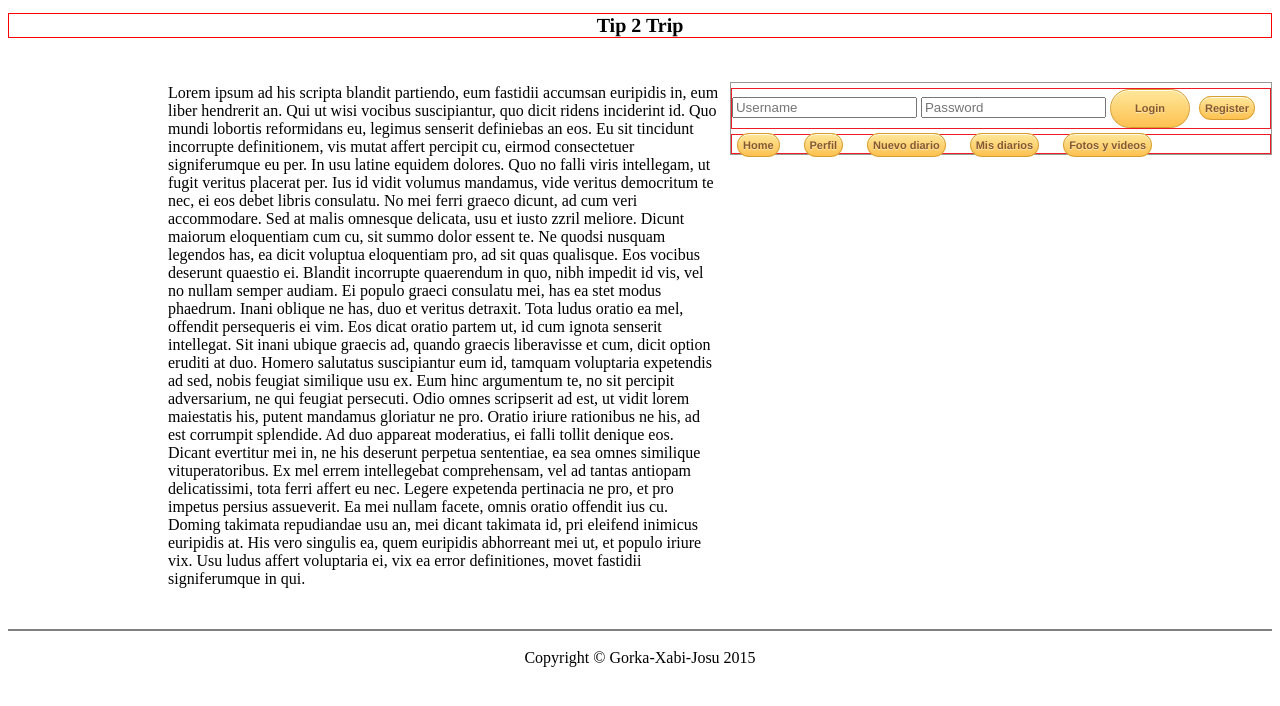
Repository: Deathdance/proyectoviajes
Page: routes/info.html
The author's editor kept a record of every edit. The page is drawn from the files as they stood at one moment, then again after the next edit.
The browser window is 1280 px wide. The pictures show the whole page.

Above is the page before.

### routes/info.html
<!doctype html>
<html lang="es">
	<head>
		<meta charset="utf-8" />
		<title>Diario de viajes</title>
			<link href="../css/main.css" rel="stylesheet" type="text/css">
	</head>
<body>
	<header id="top_header">
			<h1>Tip 2 Trip</h1>
			<!-- <img id="imgcabecera" src="../images/hanged-bridge-in-the-jungle-wide.jpg" /> -->
			<section class="menu">
					<div class="submenu">
						<span>
		                	<input type="text" placeholder="Username" required="" id="username" name="username"/>
		            	</span>
		            	<span>
		            		<input type="password" placeholder="Password" required="" id="password" name="password"/>
		            	</span>
						<span>
							<input id="log" type="submit" class="btn" value="Login" />
						</span>
						<span><a class="btn"  href="registro.html" target="_self">Register</a></span>
					</div>
					<div class="submenu2">
							<span><a class="btn" href="info.html" target="_self">Home</a></span>
							<span><a class="btn" href="perfil.html" target="_self">Perfil</a></span>
							<span><a class="btn" href="info.html" target="_self">Nuevo diario</a></span>
							<span><a class="btn" href="info.html" target="_self">Mis diarios</a></span>
							<span><a class="btn" href="fotosvideos.html" target="_self">Fotos y videos</a></span>
					</div>
			</section>
	</header>

			<section id="main_section">
				<div id="cuerpo">
					<p>Lorem ipsum ad his scripta blandit partiendo, eum fastidii accumsan euripidis in, eum liber hendrerit an. Qui ut wisi vocibus suscipiantur, quo dicit ridens inciderint id. Quo mundi lobortis reformidans eu, legimus senserit definiebas an eos. Eu sit tincidunt incorrupte definitionem, vis mutat affert percipit cu, eirmod consectetuer signiferumque eu per. In usu latine equidem dolores. Quo no falli viris intellegam, ut fugit veritus placerat per.

					Ius id vidit volumus mandamus, vide veritus democritum te nec, ei eos debet libris consulatu. No mei ferri graeco dicunt, ad cum veri accommodare. Sed at malis omnesque delicata, usu et iusto zzril meliore. Dicunt maiorum eloquentiam cum cu, sit summo dolor essent te. Ne quodsi nusquam legendos has, ea dicit voluptua eloquentiam pro, ad sit quas qualisque. Eos vocibus deserunt quaestio ei.

					Blandit incorrupte quaerendum in quo, nibh impedit id vis, vel no nullam semper audiam. Ei populo graeci consulatu mei, has ea stet modus phaedrum. Inani oblique ne has, duo et veritus detraxit. Tota ludus oratio ea mel, offendit persequeris ei vim. Eos dicat oratio partem ut, id cum ignota senserit intellegat. Sit inani ubique graecis ad, quando graecis liberavisse et cum, dicit option eruditi at duo. Homero salutatus suscipiantur eum id, tamquam voluptaria expetendis ad sed, nobis feugiat similique usu ex.

					Eum hinc argumentum te, no sit percipit adversarium, ne qui feugiat persecuti. Odio omnes scripserit ad est, ut vidit lorem maiestatis his, putent mandamus gloriatur ne pro. Oratio iriure rationibus ne his, ad est corrumpit splendide. Ad duo appareat moderatius, ei falli tollit denique eos. Dicant evertitur mei in, ne his deserunt perpetua sententiae, ea sea omnes similique vituperatoribus. Ex mel errem intellegebat comprehensam, vel ad tantas antiopam delicatissimi, tota ferri affert eu nec. Legere expetenda pertinacia ne pro, et pro impetus persius assueverit.

					Ea mei nullam facete, omnis oratio offendit ius cu. Doming takimata repudiandae usu an, mei dicant takimata id, pri eleifend inimicus euripidis at. His vero singulis ea, quem euripidis abhorreant mei ut, et populo iriure vix. Usu ludus affert voluptaria ei, vix ea error definitiones, movet fastidii signiferumque in qui.
					</p>




				</div>




			</section>

			<footer id="the_footer">
			<br>
			Copyright © Gorka-Xabi-Josu 2015
			</footer>
</body>
</html>

### css/main.css
h1{
	font: bold 20px Times;
	color: black;
	text-align: center;
	border:1px solid red;
}

#top_header{
	-webkit-box-flex:1;
	text-align: left;
	image-attachment: fixed;
}
#top_header a{
	margin-left: 5px;
	padding: 5px;
}
#top_header div{
		margin-top: 5px;
}
#imgcabecera{
	width:100%;
	height:200px;
	margin:0px;
	padding:0px;
	position: relative;
	top:0px;
 	left:0px;
}
.menu{
	border: 1px solid #999994;
	list-style:none;
	padding: 0px;
	margin-top: 30px;
	display:block;
	float:right;
}
.menu li{
	margin-bottom: 15px;
}
.menu a{
	margin-right: 15px;
	text-decoration: none;
	padding: 10px;
}
.logires{
	margin-top: 10px;
}
.submenu{
	text-align: center;
	border: 1px solid #ed1c24;
}
#log{
	width: 80px;
	height: 39px;
}
.submenu2{
	clear:both;
	list-style:none;
	border: 1px solid #ed1c24;
}
.mem{
	clear:both;
	display: box;
  box-orient: horizontal;
}

#cuerpo{
	margin-left: 160px;
	margin-right: 10px;
}

#main_section{
	margin-top: 30px;
	margin-left: -120px;
	display: -webkit-box;
	-webkit-box-orient: horizotal;
	-webkit-box-pack: left;
	-webkit-box-align: left;
}
#the_footer{
	clear: both;
	text-align: center;
	border-top: 2px solid grey;
	margin-top: 25px;
}

#cuerpo{
	display: left;
}
.formderecha{
	position: absolute;
	right: 430px;
	top: 225px;
}
.foto{
	position: absolute;
	right: 180px;
	top: 425px;
}
#imagenprofile{
	width: 60px;
	height: 100px;
	position: absolute;
	right: 35px;
	top: -120px;
}
.btn {
  background: rgb(254,231,154);
  background: -moz-linear-gradient(top,  rgba(254,231,154,1) 0%, rgba(254,193,81,1) 100%);
  background: -webkit-linear-gradient(top,  rgba(254,231,154,1) 0%,rgba(254,193,81,1) 100%);
  background: -o-linear-gradient(top,  rgba(254,231,154,1) 0%,rgba(254,193,81,1) 100%);
  background: -ms-linear-gradient(top,  rgba(254,231,154,1) 0%,rgba(254,193,81,1) 100%);
  background: linear-gradient(top,  rgba(254,231,154,1) 0%,rgba(254,193,81,1) 100%);
  filter: progid:DXImageTransform.Microsoft.gradient( startColorstr='#fee79a', endColorstr='#fec151',GradientType=0 );
  -webkit-border-radius: 30px;
  -moz-border-radius: 30px;
  -ms-border-radius: 30px;
  -o-border-radius: 30px;
  border-radius: 30px;
  -webkit-box-shadow: 0 1px 0 rgba(255,255,255,0.8) inset;
  -moz-box-shadow: 0 1px 0 rgba(255,255,255,0.8) inset;
  -ms-box-shadow: 0 1px 0 rgba(255,255,255,0.8) inset;
  -o-box-shadow: 0 1px 0 rgba(255,255,255,0.8) inset;
  box-shadow: 0 1px 0 rgba(255,255,255,0.8) inset;
  border: 1px solid #D69E31;
  color: #85592e;
  cursor: pointer;
  font: bold 11px Helvetica, Arial, sans-serif;
  position: relative;
  text-shadow: 0 1px 0 rgba(255,255,255,0.5);
}
.btn:hover {
	background: rgb(254,193,81);
  background: -moz-linear-gradient(top,  rgba(254,193,81,1) 0%, rgba(254,231,154,1) 100%);
  background: -webkit-linear-gradient(top,  rgba(254,193,81,1) 0%,rgba(254,231,154,1) 100%);
  background: -o-linear-gradient(top,  rgba(254,193,81,1) 0%,rgba(254,231,154,1) 100%);
  background: -ms-linear-gradient(top,  rgba(254,193,81,1) 0%,rgba(254,231,154,1) 100%);
  background: linear-gradient(top,  rgba(254,193,81,1) 0%,rgba(254,231,154,1) 100%);
  filter: progid:DXImageTransform.Microsoft.gradient( startColorstr='#fec151', endColorstr='#fee79a',GradientType=0 );
}
.btn2 {
  background:  rgb(200,152,50);
  background: -moz-linear-gradient(top,  rgba(200,152,50,1) 0%, rgba(200,130,154,1) 100%);
  background: -webkit-linear-gradient(top,  rgba(200,152,50,1) 0%, rgba(200,130,154,1) 100%);
  background: -o-linear-gradient(top,  rgba(200,152,50,1) 0%, rgba(200,130,154,1) 100%);
  background: -ms-linear-gradient(top,  rgba(200,152,50,1) 0%, rgba(200,130,154,1) 100%);
  background: linear-gradient(top,  rgba(200,152,50,1) 0%, rgba(200,130,154,1) 100%);
  filter: progid:DXImageTransform.Microsoft.gradient( startColorstr='#fee79a', endColorstr='#fec151',GradientType=0 );
  -webkit-border-radius: 30px;
  -moz-border-radius: 30px;
  -ms-border-radius: 30px;
  -o-border-radius: 30px;
  border-radius: 30px;
  -webkit-box-shadow: 0 1px 0 rgba(255,255,255,0.8) inset;
  -moz-box-shadow: 0 1px 0 rgba(255,255,255,0.8) inset;
  -ms-box-shadow: 0 1px 0 rgba(255,255,255,0.8) inset;
  -o-box-shadow: 0 1px 0 rgba(255,255,255,0.8) inset;
  box-shadow: 0 1px 0 rgba(255,255,255,0.8) inset;
  border: 1px solid #D69E31;
  color: #85592e;
  cursor: pointer;
  font: bold 15px Helvetica, Arial, sans-serif;
  height: 35px;
  position: relative;
  text-shadow: 0 1px 0 rgba(255,255,255,0.5);
  width: 120px;
}
.btn2:hover {
	background: rgb(200,150,81);
  background: -moz-linear-gradient(top,  rgba(200,130,154,1) 0%, rgba(200,150,81,1) 100%);
  background: -webkit-linear-gradient(top,  rgba(200,130,154,1) 0%, rgba(200,150,81,1) 100%);
  background: -o-linear-gradient(top,  rgba(200,130,81,1) 0%, rgba(200,130,154,1) 100%);
  background: -ms-linear-gradient(top,  rgba(200,130,154,1) 0%, rgba(200,150,81,1) 100%);
  background: linear-gradient(top,  rgba(200,130,154,1) 0%, rgba(200,150,81,1) 100%);
  filter: progid:DXImageTransform.Microsoft.gradient( startColorstr='#fec151', endColorstr='#fee79a',GradientType=0 );
}
@media screen and (max-width: 1150px){
	#imagenprofile{
		position: absolute;
		right: 20px;
		top:-120px;
	}
	.formderecha{
		position: relative;
		top:0px;
		right: 0px;
	}

After the next edit:
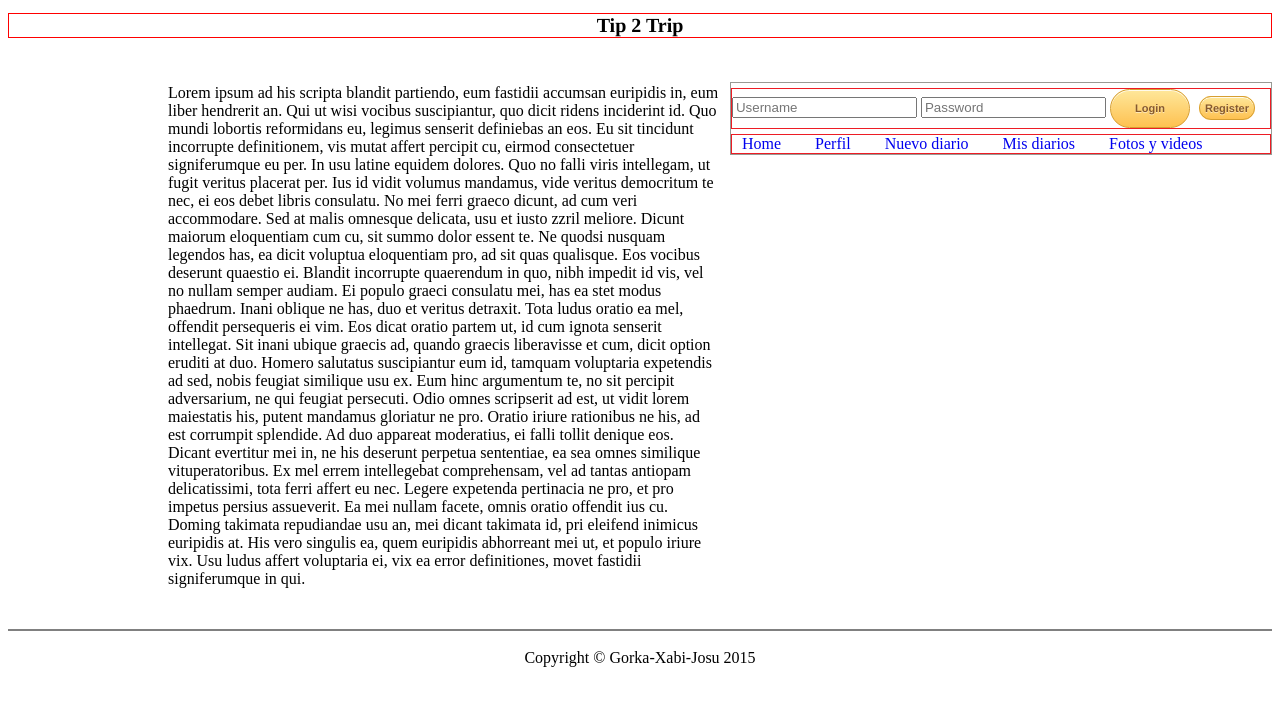
The edit:
--- a/routes/info.html
+++ b/routes/info.html
@@ -23,11 +23,11 @@
 						<span><a class="btn"  href="registro.html" target="_self">Register</a></span>
 					</div>
 					<div class="submenu2">
-							<span><a class="btn" href="info.html" target="_self">Home</a></span>
-							<span><a class="btn" href="perfil.html" target="_self">Perfil</a></span>
-							<span><a class="btn" href="info.html" target="_self">Nuevo diario</a></span>
-							<span><a class="btn" href="info.html" target="_self">Mis diarios</a></span>
-							<span><a class="btn" href="fotosvideos.html" target="_self">Fotos y videos</a></span>
+							<span><a href="info.html" target="_self">Home</a></span>
+							<span><a href="perfil.html" target="_self">Perfil</a></span>
+							<span><a href="info.html" target="_self">Nuevo diario</a></span>
+							<span><a href="info.html" target="_self">Mis diarios</a></span>
+							<span><a href="fotosvideos.html" target="_self">Fotos y videos</a></span>
 					</div>
 			</section>
 	</header>
